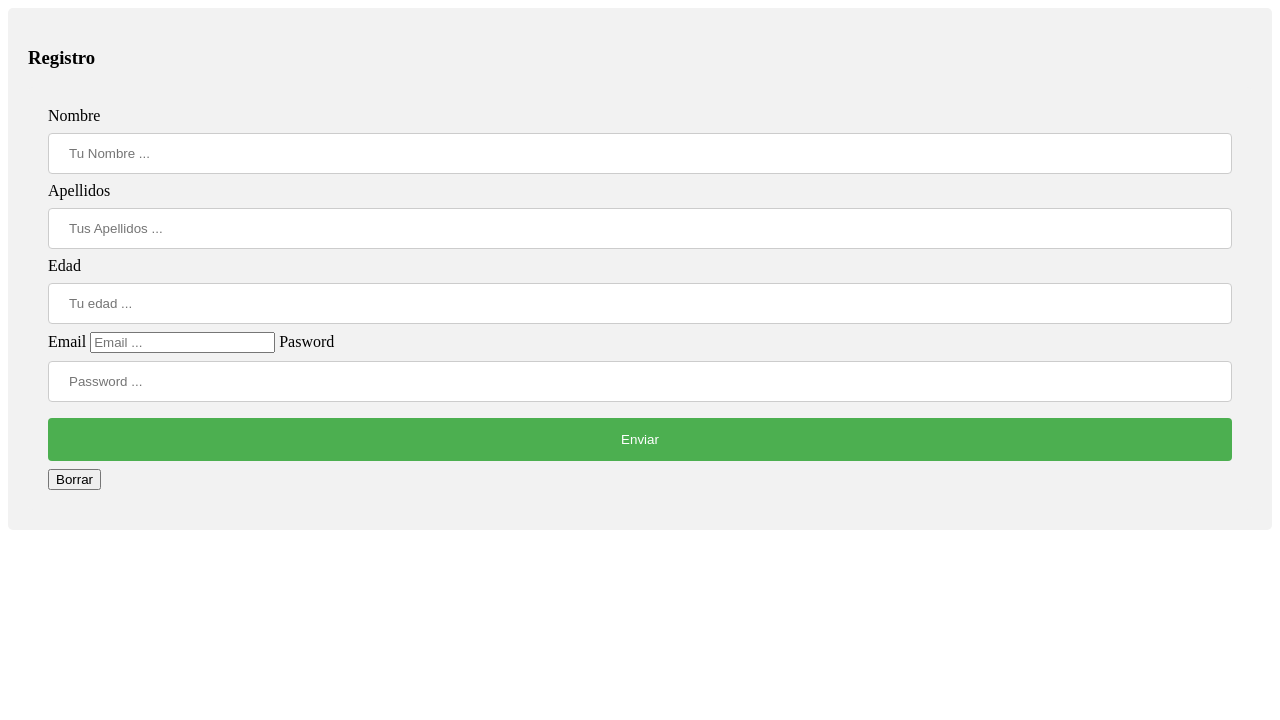
Repository: nachmz42/ProyectoJoker
Page: http://localhost/Joker/registro.jsp
An editor plug-in stored every save of this project. The page is shown before and after the next save, followed by the edit.
The browser window is 1280 px wide. The pictures show the whole page.
The page is served by Tomcat 9.

Above is the page before, as saved 2021-07-02 13:01:34.

After the next save:
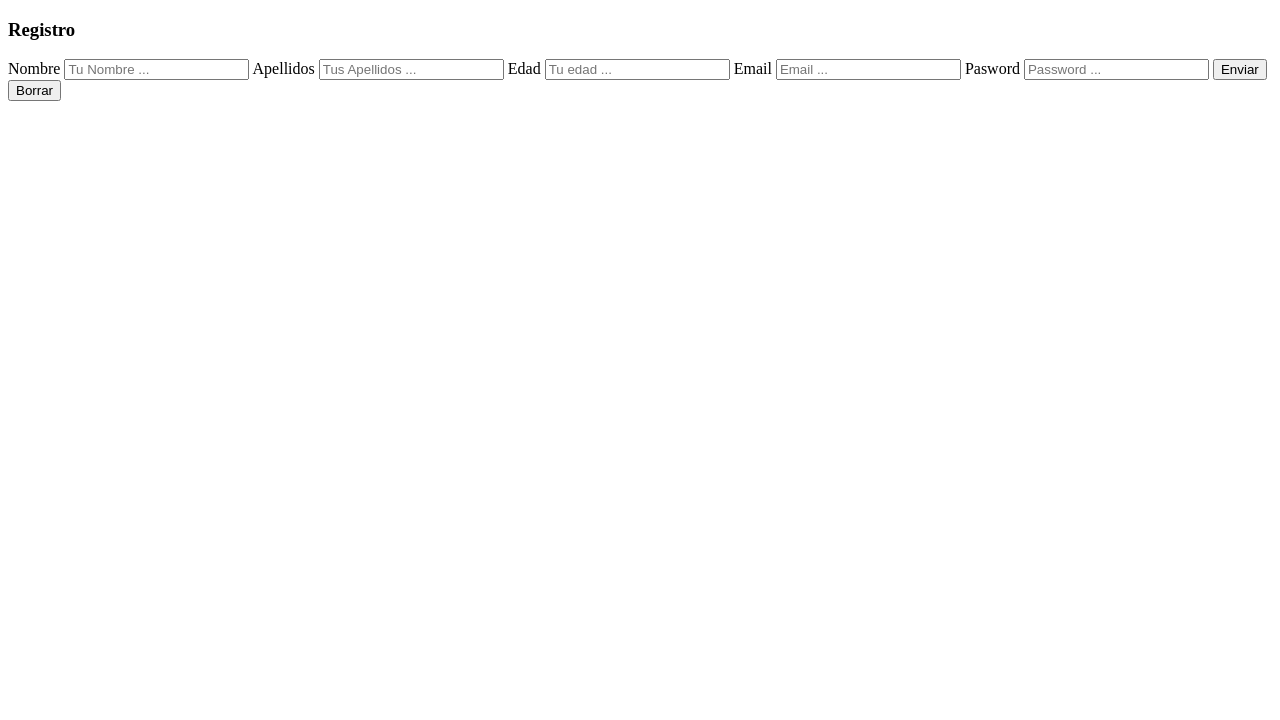
Not found: Joker/Joker/STYLE/css/registros.css
Saved 32 s later.
--- a/Joker/src/main/webapp/registro.jsp
+++ b/Joker/src/main/webapp/registro.jsp
@@ -5,7 +5,7 @@
 <head>
 <meta charset="ISO-8859-1">
 <title>Registro</title>
-<link rel="stylesheet" href="STYLE/css/formularios.css"></link>
+<link rel="stylesheet" href="STYLE/css/registros.css"></link>
 
 </head>
 <body>

After the save that followed:
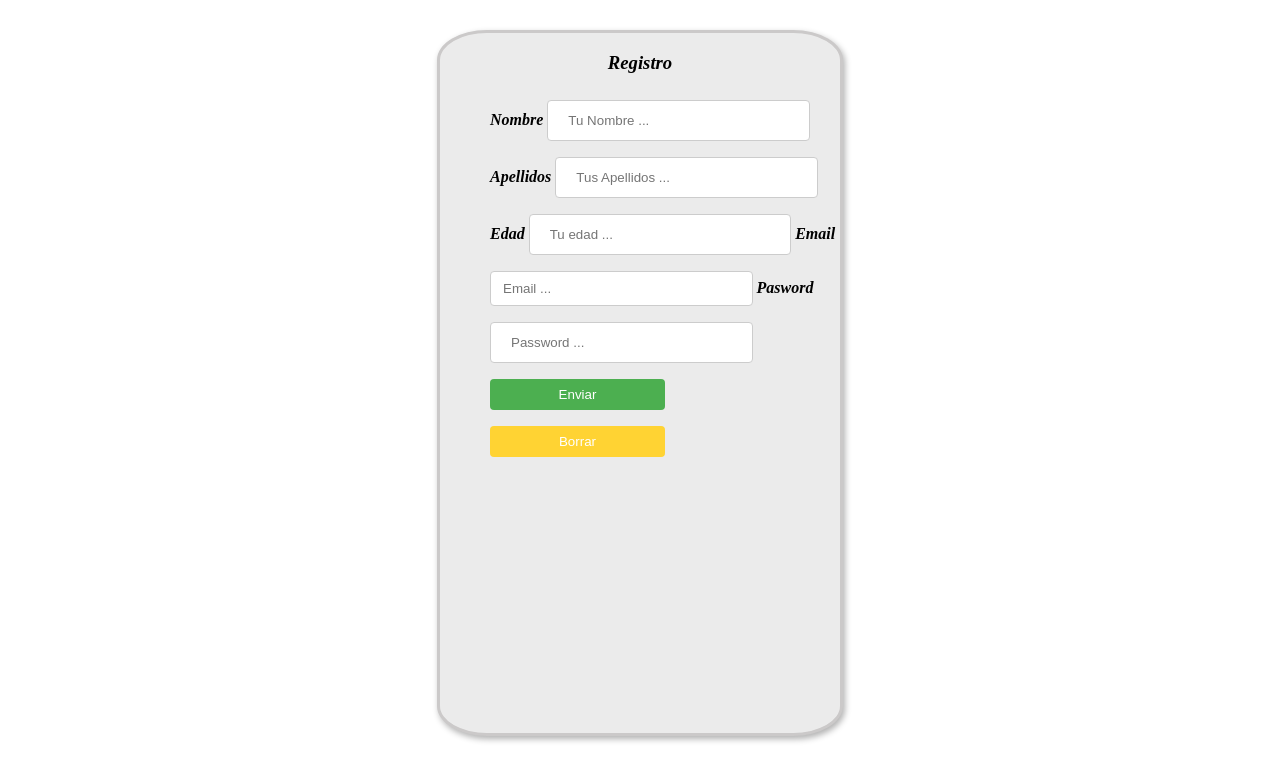
Saved 29 s later.
--- a/Joker/src/main/webapp/registro.jsp
+++ b/Joker/src/main/webapp/registro.jsp
@@ -5,7 +5,7 @@
 <head>
 <meta charset="ISO-8859-1">
 <title>Registro</title>
-<link rel="stylesheet" href="STYLE/css/registros.css"></link>
+<link rel="stylesheet" href="STYLE/css/registro.css"></link>
 
 </head>
 <body>
